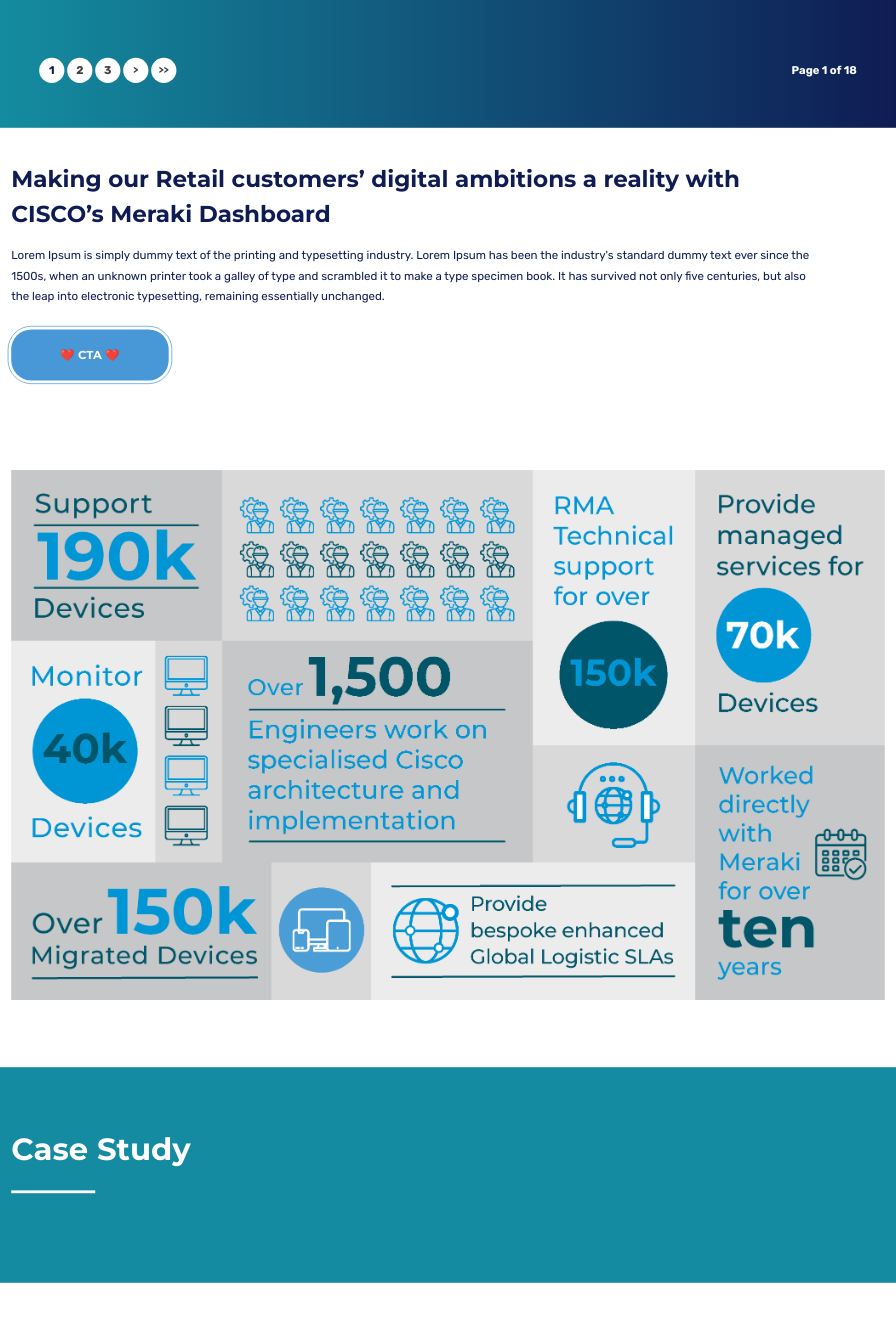
Repository: spaceship9999/ReactIsBack
Page: /
The author's editor kept a copy of each file at every save. The page is drawn from the files as they stood at one save, then again after the next save.
The browser window is 1280 px wide. The pictures show the part of the page from y = 1112 to 3032 px (the page is 3024 px tall before and 3032 px after), at 70% of full size.
The page's requests for data from a server got no answer. The project was rebuilt for these pictures with package versions that can differ from the ones it lists, and the page was loaded fresh each time. The framework's server and built-in components were replaced by stand-ins that run in the browser. No one was signed in, and anything a server would have sent is missing. Also part of the build but not shown: next.config.js.

Above is the page before, as saved 2023-03-26 23:09:00.

### src/app/layout.tsx
import './globals.scss'

export const metadata = {
  title: 'Create Next App',
  description: 'Generated by create next app',
}

export default function RootLayout({
  children,
}: {
  children: React.ReactNode
}) {
  return (
    <html lang="en">
      <body>{children}</body>
    </html>
  )
}

### src/app/page.tsx
'use client'

import Link from "next/link";
import Header from "./Header";
import Award from "./Award";
import Banner from "./Banner";
import Posts from "./Posts";
import SingleColumnTextMedia from "./SingleColumnTextMedia";
import CaseStudy from "./CaseStudy";

export default function Home() {
  return (
    <main>
      <Header></Header>
      <Award/>
      <Banner
        heading="NSC operates in 180 countries across multiple time zones, currencies and languages"
        image="/img/Cisco_Banner.png" content="orem Ipsum is simply dummy text of the printing and typesetting industry. Lorem Ipsum has been the industry's standard dummy text ever since the 1500s, when an unknown printer took a galley of type and scrambled it to make a type specimen book. It has survived not only five centuries, but also the leap into electronic typesetting, remaining essentially unchanged." position={""}/>
      <Posts/>
      <SingleColumnTextMedia heading="Making our Retail customers&#8217; digital ambitions a reality with
        CISCO&#8217;s Meraki Dashboard"
        link={{ link: '/', title: '&#10084; <span class="font-montserrat">CTA</span> &#10084;'}}
        image="/img/NSC_Cisco_Infographic.png"
        content="Lorem Ipsum is simply dummy text of the printing and typesetting industry. Lorem Ipsum has been the industry's standard dummy text ever since the 1500s, when an unknown printer took a galley of type and scrambled it to make a type specimen book. It has survived not only five centuries, but also the leap into electronic typesetting, remaining essentially unchanged.">
      </SingleColumnTextMedia>
      <CaseStudy></CaseStudy>
    </main>
  )
}

### src/app/globals.scss
@tailwind base;
@tailwind components;
@tailwind utilities;

@import "./scss/fonts";
@import "./scss/global";
@import "./scss/typography";

### src/app/Header.tsx
import Link from "next/link";

export default function Header() {
    return (
        <div className="container py-5">
            <div className="flex justify-between items-center">
                <Link href="/" >
                    <Logo className="w-[85px] h-[50px]" />
                </Link>
                <nav className="flex gap-7 font-montserrat font-medium text-grey">
                    <Link href="/who-we-are" >
                        Who we are
                    </Link>
                    <Link href="/what-we-do" >
                        What we do
                    </Link>
                    <Link href="/what-we-do" >
                        Service portfolio
                    </Link>
                    <Link href="/what-we-do" >
                        Case studies
                    </Link>
                    <Link href="/what-we-do" >
                        Partners
                    </Link>
                    <Link href="/what-we-do" >
                        Work with us
                    </Link>
                    <Link href="/what-we-do" >
                        Careers
                    </Link>
                    <Link href="/what-we-do" >
                        Contact
                    </Link>
                    <button className="flex items-center gap-x-1">
                        <img src="/img/gb-flag.png" className="w-full"/>
                        English
                    </button>
                    <button>
                        <Search/>
                    </button>
                </nav>
            </div>
        </div>
    )
}


const Logo = (props : { className: string}) => {
    const { className } = props;
    return (
        <svg className={className} xmlns="http://www.w3.org/2000/svg" viewBox="0 0 283.4 156" preserveAspectRatio="xMinYMid meet">
            <path id="nsc_global_logo" d="M67,107.8a10.074,10.074,0,0,1-10,9.9c-5.9.2-11.2-4.5-11.2-9.9V71.6c0-7.4-4.1-11.5-12.4-11.5-6.3,0-12.2.6-12.2,4.2v43.5c0,5.4-4.4,9.9-10.9,9.9-4.9,0-10.3-4.4-10.3-9.9V54.2c0-3.6,1-5.3,3.5-7C8,44,18.6,39.3,34,39.3c21.6,0,33,11.2,33,31.2Zm48.8-37.6L106,68c-6.4-1.4-7.3-3.2-7.3-5,0-3,3.1-4.7,8.6-4.7a31.5,31.5,0,0,1,10.9,2.5,19.538,19.538,0,0,0,7.6,2,8.7,8.7,0,0,0,6.7-3.1,10.468,10.468,0,0,0,2.5-7.6,9.067,9.067,0,0,0-3.5-6.6c-4.9-4-13.9-6.5-23.5-6.5-18,0-29.7,9.6-29.7,24.4,0,11.1,7.4,18.9,21.3,22.5,3.8,1,4.8,1.2,6.8,1.6.9.2,1.9.4,3.5.8,6.2,1.5,7.1,3.5,7.1,5.3,0,4.6-6.5,5.1-9.3,5.1a31.582,31.582,0,0,1-15.9-4.4,12.9,12.9,0,0,0-6.2-2A9.431,9.431,0,0,0,78,96.2c-3,3.9-2.1,10,1.9,13.3,4.6,3.8,13,8.3,27.4,8.3,18.2,0,30.4-10.2,30.4-25.4-.1-11.4-7.2-18.7-21.9-22.2Zm95.9,19.2c-2.2-2.9-6.3-4.2-10-4-4.7.2-7.3,1.7-9,4.9-2.7,4.7-6.5,7.3-12.2,7.3-7.8,0-12.9-4.9-13.7-12.9a95.4,95.4,0,0,1,0-13.1c.8-7.7,5.8-12.1,13.7-12.1a13.278,13.278,0,0,1,11.2,6.1c2.7,3.9,5.7,5.1,8.8,5.2,3.7.2,8-.7,10.6-3.9,1.4-1.7,1.7-4.3,1-7C209.8,51,199,39.2,179.9,39.2c-19,0-33.1,12.1-34.2,29.5a152.151,152.151,0,0,0,0,19.1c1.5,17.5,15.9,30.3,34.2,30.3,19.1,0,29.9-10.6,33-21.3.8-3.3.1-5.7-1.2-7.4Zm60,12.3c0-14.8,11.7-17.8,11.7-23.7s-11.7-8.9-11.7-23.7V15.9A15.939,15.939,0,0,0,255.8,0H231c-6.1,0-11,4-11,10,0,6.3,5.1,10.3,11.1,10.3h14.6a4.739,4.739,0,0,1,4.8,4.8V54.3c0,18.9,9.7,20.5,9.7,23.7s-9.7,4.9-9.7,23.7v29.2a4.739,4.739,0,0,1-4.8,4.8H231.1c-6,0-11.1,3.9-11.1,10.3,0,6,4.9,10,11.1,10h24.8a15.938,15.938,0,0,0,15.9-15.9V101.7Z" fill="#0f1c54"></path>
        </svg>
    )
}

const Search = () => {
    return (
        <svg xmlns="http://www.w3.org/2000/svg" className="w-3 h-3" fill="currentColor" viewBox="0 0 16 16">
            <path d="M11.742 10.344a6.5 6.5 0 1 0-1.397 1.398h-.001c.03.04.062.078.098.115l3.85 3.85a1 1 0 0 0 1.415-1.414l-3.85-3.85a1.007 1.007 0 0 0-.115-.1zM12 6.5a5.5 5.5 0 1 1-11 0 5.5 5.5 0 0 1 11 0z" />
        </svg>
    )
}

### src/app/Award.tsx
export default function Award() {
    return (
        <div className="bg-light-grey py-5">
            <div className="container">
                <img className="w-[125px] shadow-md" src="/img/cisco-partner-o.png"/>
            </div>
        </div>
    )
}

### src/app/Banner.tsx

interface BannerProps {
    heading: string;
    content: string;
    image: string;
    position: string;
}



export default function Banner({heading, content, image, position = "center"}: BannerProps) {
    return (
        <div className="py-20 md:py-24 lg:py-[185px] relative overflow-hidden">
            <img src={image}
             className={`absolute inset-0 w-full h-full object-cover ${position === 'center' ? 'object-center': 'object-start'}`}/>
             <div className="container">
                <div className="flex flex-col items-center relative z-10 text-white md:max-w-[910px] text-center md:text-left">
                    <h2 className="text-white font-montserrat t-36 font-bold mb-6">{heading}</h2>
                    <div className="font-rubik t-24 lg:pr-20">
                        { content }
                    </div>
                </div>
             </div>
        </div>
    )
}

### src/app/Posts.tsx
import usePosts from "./hooks/usePosts";

export default function Posts() {
    const posts = usePosts();
    return (
        <div className="bg-gradient-to-r from-[#148ca0] to-[#0f1c54] py-16">
            <div className="container">
                <div className="lg:px-10">
                    <h2 className="text-white t-48 font-montserrat font-bold pb-4 lg:pb-10 relative leading-none
                                after:absolute after:left-0 after:bottom-0 after:h-[4px] after:w-[120px] after:bg-white">
                        Latest posts
                    </h2>
                    <div className="mt-9 mb-12 font-rubik text-white">
                        <div className="mb-3">
                            We solve all kinds of business problems.
                        </div>
                        <div className="font-medium">
                            Below are just a few we&apos;ve done recently...
                        </div>
                    </div>
                    <div className="grid grid-cols-1 md:grid-cols-2 lg:grid-cols-3 gap-x-9 gap-y-8 xl:gap-x-[72px] xl:gap-y-[60px] ">
                        {
                            posts?.map((post) =>
                            (
                                <div key={post?.id} className="flex flex-col justify-between p-8 bg-white font-rubik">
                                    <div>
                                        <h3 className="t-18 text-dark-blue font-medium pb-4 relative leading-[1.33]
                                        after:absolute after:bottom-0 after:left-0 after:w-[80px] after:h-[2px] after:bg-light-green">{post?.title}</h3>
                                        <div className="pt-4 t-14 leading-[1.2] text-dark-blue mb-6">
                                            {post?.body}
                                        </div>
                                    </div>
                                    <div>
                                        <a className="inline-block bg-light-green text-white t-14 rounded-full px-5 py-[10px] font-semibold tracking-tight" href={`/post/${post?.id}`}>
                                            Read more <span className="font-normal ml-1">&gt;</span>
                                        </a>
                                    </div>
                                </div>
                            )
                            )
                        }
                    </div>
                    <div className="pt-14 flex flex-col lg:flex-row gap-y-4 font-rubik items-center justify-between">
                        <div className="flex gap-1">
                            <button className="rounded-full flex justify-center items-center bg-white text-dark-blue w-9 h-9 font-bold">1</button>
                            <button className="rounded-full flex justify-center items-center bg-white text-grey w-9 h-9 font-bold">2</button>
                            <button className="rounded-full flex justify-center items-center bg-white text-grey w-9 h-9 font-bold">3</button>
                            <button className="rounded-full flex justify-center items-center bg-white text-grey w-9 h-9 font-bold text-sm">&gt;</button>
                            <button className="rounded-full flex justify-center items-center bg-white text-grey w-9 h-9 font-bold text-sm">&gt;&gt;</button>
                        </div>
                        <div className="font-bold text-white">
                            Page 1 of 18
                        </div>
                    </div>

                </div>

            </div>
        </div>
    )
}

### src/app/SingleColumnTextMedia.tsx
interface button {
    link: string,
    title: string
}

interface TextMedia {
    heading: string,
    content: string,
    link: button,
    image: string
}

import { motion } from "framer-motion"

export default function SingleColumnTextMedia({ heading, content, link, image }: TextMedia) {
    return (
        <div className="container">
            <div className="pt-12 pb-24">
                <div className="xl:pr-24 text-dark-blue">
                    <h3 className=" font-montserrat t-36 font-bold mb-5">{heading}</h3>
                    <div className="font-rubik t-20 leading-[1.8] mb-8">{ content }</div>
                    {
                        link && (
                            <motion.a
                                whileHover={{ scale: 1.2, transition: { duration: 1, ease: [0, .6, .18, .98]}}}
                            className="inline-block py-6 px-[70px] t-20 text-white bg-light-blue font-bold rounded-[1.8rem]
                            outline outline-1 outline-offset-4 outline-light-blue" href={link?.link}
                            dangerouslySetInnerHTML={{__html: link.title}}/>
                        )
                    }
                </div>
                {
                    image && (
                        <div className="mt-32">
                            <img src={image} className="w-full" />
                        </div>
                    )
                }
            </div>
        </div>

    )
}

### src/app/CaseStudy.tsx
import usePosts from "./hooks/usePosts";


export default function CaseStudy() {
    const posts = usePosts();
    return (
        <div className="bg-light-green py-24 mb-20">
            <div className="container">
                <h2 className="text-white t-48 font-montserrat font-bold pb-4 lg:pb-10 relative leading-none mb-8
                            after:absolute after:left-0 after:bottom-0 after:h-[4px] after:w-[120px] after:bg-white">
                    Case Study
                </h2>
                <div className="grid grid-cols-1 md:grid-cols-2 lg:grid-cols-3 gap-x-9 gap-y-8 xl:gap-x-[72px] xl:gap-y-[60px] ">
                    {
                        posts?.map((post) =>
                        (
                            <div key={post?.id} className="flex flex-col justify-between bg-white font-rubik">
                                <div className="">
                                    <div className="aspect aspect-[4/3] ">
                                        <img className="w-full h-full object-cover object-center" src="https://picsum.photos/410/200" />
                                    </div>
                                    <div className="px-8 pt-8">
                                        <h3 className="t-18 text-dark-blue font-medium pb-4 relative leading-[1.33]
                                        after:absolute after:bottom-0 after:left-0 after:w-[80px] after:h-[2px] after:bg-light-green">{post?.title}</h3>
                                        <div className="pt-4 t-14 leading-[1.2] text-dark-blue mb-6">
                                            {post?.body}
                                        </div>
                                    </div>
                                </div>

                                <div className="px-8 p-8">
                                    <a className="inline-block bg-light-green text-white t-14 rounded-full px-5 py-[10px] font-semibold tracking-tight" href={`/post/${post?.id}`}>
                                        Read more <span className="font-normal ml-1">&gt;</span>
                                    </a>
                                </div>
                            </div>
                        )
                        )
                    }
                </div>
            </div>
        </div>

    )
}

### src/app/scss/_fonts.scss
@font-face {
    font-family: 'Rubik';
    font-display: swap;
    font-style: italic;
    src: url(/fonts/Rubik-Italic-VariableFont_wght.ttf) format('truetype'),
}

@font-face {
    font-family: 'Rubik';
    font-display: swap;
    font-style: normal;
    src: url(/fonts/Rubik-VariableFont_wght.ttf) format('truetype'),
}

@font-face {
    font-family: 'Montserrat';
    font-display: swap;
    font-style: normal;
    src: url(/fonts/Montserrat-VariableFont_wght.ttf) format('truetype'),
}

@font-face {
    font-family: 'Montserrat';
    font-display: swap;
    font-style: italic;
    src: url(/fonts/Montserrat-Italic-VariableFont_wght.ttf) format('truetype'),
}

### src/app/scss/_global.scss
.container {
    width: 100%;
    max-width: 1408px;
    padding-left: 1rem;
    padding-right: 1rem;
}

### src/app/scss/_typography.scss
.t-48 {
    font-size: clamp(24px, 3.429vw, 48px);
}
.t-36 {
    font-size: clamp(24px, 2.571vw, 36px);
}

.t-24 {
    font-size: clamp(16px, 1.286vw, 24px);
}
.t-20 {
    font-size: clamp(16px, 1.286vw, 20px);
}
.t-18 {
    font-size: clamp(16px, 1.286vw, 18px);
}

.t-14 {
    font-size: clamp(14px, 1.286vw, 14px);
}

### src/app/hooks/usePosts.tsx
import { useEffect, useState } from "react";

interface Post {
    userId: number,
    id: number,
    title: string,
    body: string,
}


export default function usePosts(currentPage = 0, numPosts = 6) {
    const [ posts, setPosts ] = useState<Post[]>([]);
    useEffect(() => {
        async function fetchData() {
            const rsult = await fetch("https://jsonplaceholder.typicode.com/posts/")
            const posts = await rsult.json()
            setPosts(posts)
        }
        fetchData();
    }, [])

    //console.log(posts.slice(currentPage * numPosts, numPosts))
    return posts.slice(currentPage * numPosts, numPosts);
}

### tailwind.config.js
/** @type {import('tailwindcss').Config} */
/** @type {import('tailwindcss').Config} */
module.exports = {
  content: [
    "./app/**/*.{js,ts,jsx,tsx}",
    "./pages/**/*.{js,ts,jsx,tsx}",
    "./components/**/*.{js,ts,jsx,tsx}",

    // Or if using `src` directory:
    "./src/**/*.{js,ts,jsx,tsx}",
  ],
  theme: {
    extend: {
      fontFamily: {
        "montserrat": ["Montserrat", 'sans-serif'],
        "rubik": ["Rubik", 'sans-serif'],
      },
      container: {
        center: true,
      },
      colors: {
        "grey": "#3d3d3d",
        "light-grey": "#ECECEE",
        "dark-blue": "#0f1c54",
        "light-green": "#148ba0",
        "light-blue": "#4898d7",
      }
    },
  },
  plugins: [],
}

### src/app/Introduction.tsx
export default function Introduction() {
    return (
        <div>
            <hr className="bg-light-blue h-2"/>
        </div>
    )
}

After the next save:
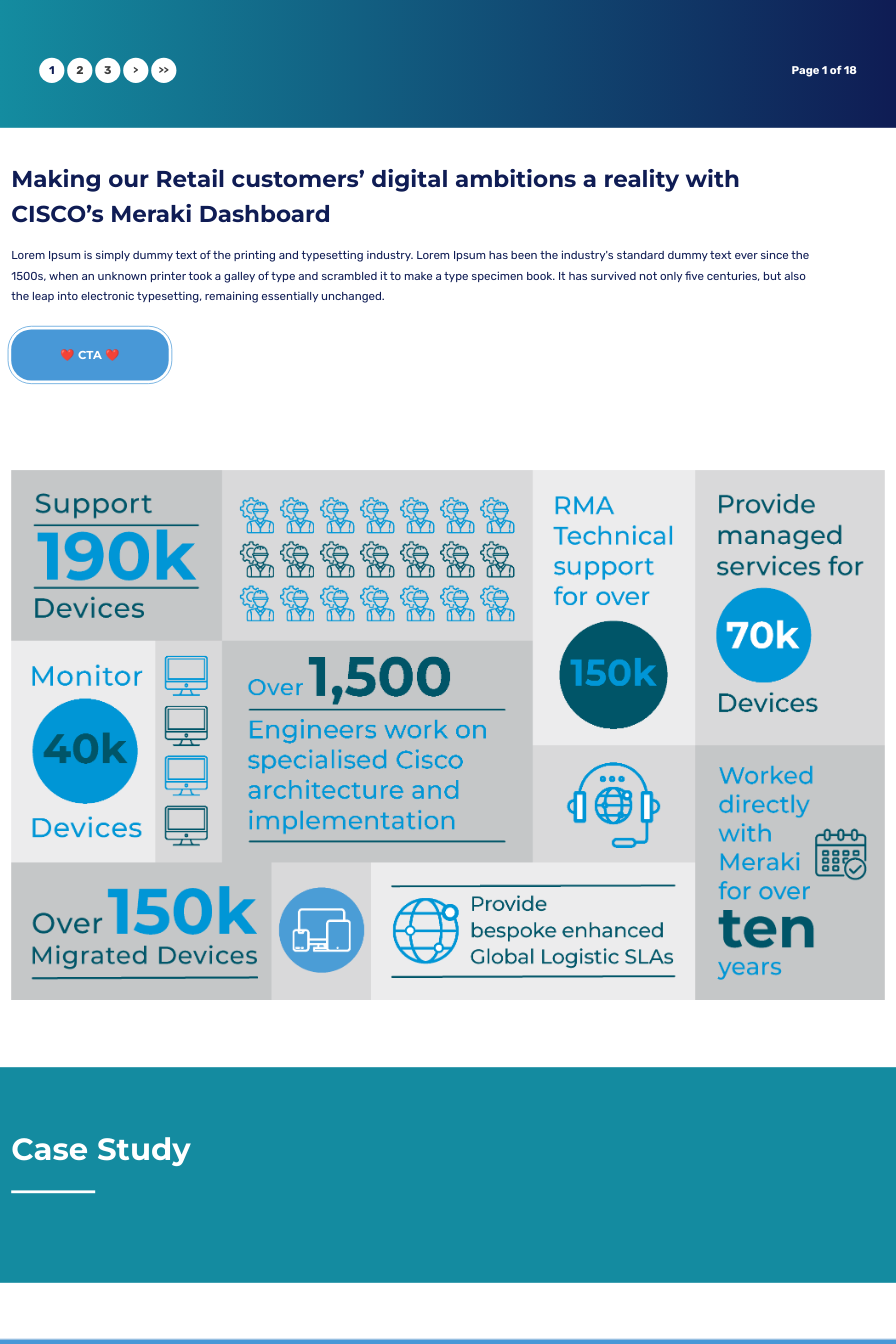
Saved 11 s later.
--- a/src/app/page.tsx
+++ b/src/app/page.tsx
@@ -7,6 +7,7 @@
 import Posts from "./Posts";
 import SingleColumnTextMedia from "./SingleColumnTextMedia";
 import CaseStudy from "./CaseStudy";
+import Introduction from "./Introduction";
 
 export default function Home() {
   return (
@@ -24,6 +25,7 @@
         content="Lorem Ipsum is simply dummy text of the printing and typesetting industry. Lorem Ipsum has been the industry's standard dummy text ever since the 1500s, when an unknown printer took a galley of type and scrambled it to make a type specimen book. It has survived not only five centuries, but also the leap into electronic typesetting, remaining essentially unchanged.">
       </SingleColumnTextMedia>
       <CaseStudy></CaseStudy>
+      <Introduction/>
     </main>
   )
 }
